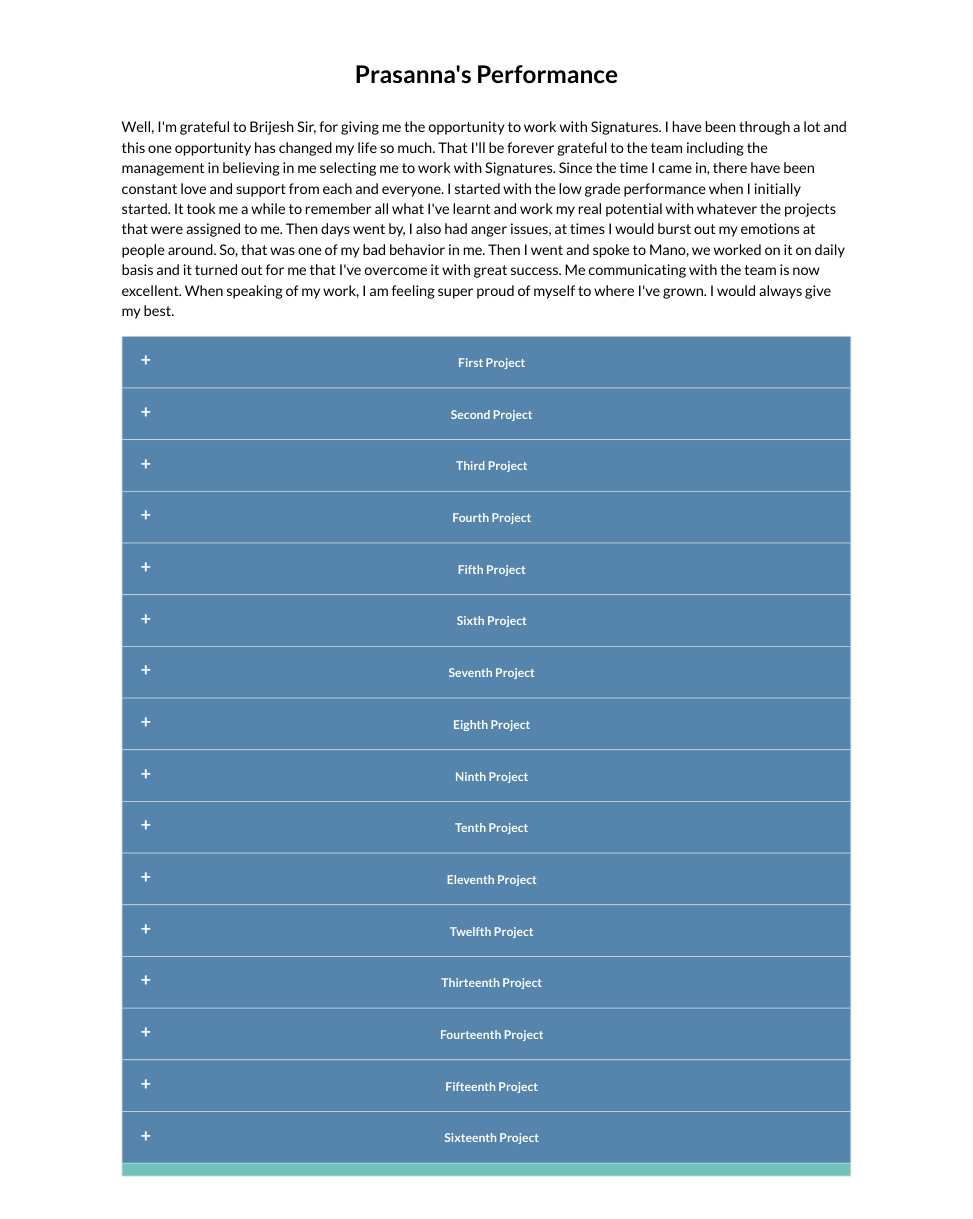
Repository: Imprasna/personalperform
Page: index.html
The author's editor kept a copy of each file at every save. The page is drawn from the files as they stood at one save, then again after the next save.
The browser window is 1280 px wide. The pictures show the whole page, at 76% of full size.
The style sheet was rebuilt from its Sass, Less or Tailwind sources for each picture, by a compiler version that may differ from the author's.

Above is the page before, as saved 2021-12-30 23:16:41.

### index.html
<!DOCTYPE html>
<html lang="en">

<head>
    <meta charset="UTF-8">
    <meta http-equiv="X-UA-Compatible" content="IE=edge">
    <meta name="viewport" content="width=device-width, initial-scale=1.0">
    <link rel="stylesheet" href="css/accordion.css">
    <title>Prasanna's Performance Tests</title>
</head>

<body>
    <div class="container">
        <h1 class="heading-primary">Prasanna's Performance</h1>
        <p class="headingg">Well, I'm grateful to Brijesh Sir, for giving me the opportunity to work with Signatures. I have been through a lot and this one opportunity has changed my life so much. That I'll be forever grateful to the team including the management in believing in me selecting me to work with Signatures. Since the time I came in, there have been constant love and support from each and everyone. I started with the low grade performance when I initially started. It took me a while to remember all what I've learnt and work my real potential with whatever the projects that were assigned to me. Then days went by, I also had anger issues, at times I would burst out my emotions at people around. So, that was one of my bad behavior in me. Then I went and spoke to Mano, we worked on it on daily basis and it turned out for me that I've overcome it with great success. Me communicating with the team is now excellent. When speaking of my work, I am feeling super proud of myself to where I've grown. I would always give my best.</p>
        <div class="accordion">
            <dl>
                <dt>
                    <a href="#accordion1" aria-expanded="false" aria-controls="accordion1"
                        class="accordion-title accordionTitle js-accordionTrigger">First Project</a>
                </dt>
                <dd class="accordion-content accordionItem is-collapsed" id="accordion1" aria-hidden="true">
                    <p>Project Name : Gedee Public School.</p>
                    <p>No. of Days: 6 Months.</p>
                    <p>ToolS Used: HTML / CSS / JavaScript.</p>
                    <p>The time I joined the Company, this has been the first project that has been handed to me. Since I had no touch to whatever I learnt previously. It took me nearly 6 months and also due to the delay of contents from the client it took me so long in getting this project completed.
                    </p>
                </dd>
                <dt>
                    <a href="#accordion2" aria-expanded="false" aria-controls="accordion2"
                        class="accordion-title accordionTitle js-accordionTrigger">
                        Second Project</a>
                </dt>
                <dd class="accordion-content accordionItem is-collapsed" id="accordion2" aria-hidden="true">
                    <p>Project Name : Signatures.</p>
                    <p>No. of Days: 18 Days.</p>
                    <p>ToolS Used: Webflow.</p>
                    <p>The time I joined the Company, this has been the first project that has been handed to me. Since I had no touch to whatever I learnt previously. It took me nearly 6 months and also due to the delay of contents from the client it took me so long in getting this project completed.
                    </p>
                </dd>

                <dt>
                    <a href="#accordion3" aria-expanded="false" aria-controls="accordion3"
                        class="accordion-title accordionTitle js-accordionTrigger">
                        Third Project
                    </a>
                </dt>
                <dd class="accordion-content accordionItem is-collapsed" id="accordion3" aria-hidden="true">
                    <p>Project Name : CMK.</p>
                    <p>No. of Days: 2 Weeks.</p>
                    <p>ToolS Used: Wordpress.</p>
                    <p>The time I joined the Company, this has been the first project that has been handed to me. Since I had no touch to whatever I learnt previously. It took me nearly 6 months and also due to the delay of contents from the client it took me so long in getting this project completed.
                    </p>
                </dd>

                <dt>
                    <a href="#accordion3" aria-expanded="false" aria-controls="accordion3"
                        class="accordion-title accordionTitle js-accordionTrigger">
                        Fourth Project
                    </a>
                </dt>
                <dd class="accordion-content accordionItem is-collapsed" id="accordion3" aria-hidden="true">
                    <p>Project Name : Triniva.</p>
                    <p>No. of Days: 10 Days.</p>
                    <p>ToolS Used: Wordpress.</p>
                    <p>The time I joined the Company, this has been the first project that has been handed to me. Since I had no touch to whatever I learnt previously. It took me nearly 6 months and also due to the delay of contents from the client it took me so long in getting this project completed.
                    </p>
                </dd>

                <dt>
                    <a href="#accordion3" aria-expanded="false" aria-controls="accordion3"
                        class="accordion-title accordionTitle js-accordionTrigger">
                        Fifth Project
                    </a>
                </dt>
                <dd class="accordion-content accordionItem is-collapsed" id="accordion3" aria-hidden="true">
                    <p>Project Name : CACPL - Landing.</p>
                    <p>No. of Days: Half-a-day.</p>
                    <p>ToolS Used: Wordpress.</p>
                    <p>The time I joined the Company, this has been the first project that has been handed to me. Since I had no touch to whatever I learnt previously. It took me nearly 6 months and also due to the delay of contents from the client it took me so long in getting this project completed.
                    </p>
                </dd>

                <dt>
                    <a href="#accordion3" aria-expanded="false" aria-controls="accordion3"
                        class="accordion-title accordionTitle js-accordionTrigger">
                        Sixth Project
                    </a>
                </dt>
                <dd class="accordion-content accordionItem is-collapsed" id="accordion3" aria-hidden="true">
                    <p>Project Name : CACPL.</p>
                    <p>No. of Days: 2 Days.</p>
                    <p>ToolS Used: Wordpress.</p>
                    <p>The time I joined the Company, this has been the first project that has been handed to me. Since I had no touch to whatever I learnt previously. It took me nearly 6 months and also due to the delay of contents from the client it took me so long in getting this project completed.
                    </p>
                </dd>

                <dt>
                    <a href="#accordion3" aria-expanded="false" aria-controls="accordion3"
                        class="accordion-title accordionTitle js-accordionTrigger">
                        Seventh Project
                    </a>
                </dt>
                <dd class="accordion-content accordionItem is-collapsed" id="accordion3" aria-hidden="true">
                    <p>Project Name : Consolidated One.</p>
                    <p>No. of Days: 4 Days.</p>
                    <p>ToolS Used: HTML / CSS / JavaScript.</p>
                    <p>The time I joined the Company, this has been the first project that has been handed to me. Since I had no touch to whatever I learnt previously. It took me nearly 6 months and also due to the delay of contents from the client it took me so long in getting this project completed.
                    </p>
                </dd>

                <dt>
                    <a href="#accordion3" aria-expanded="false" aria-controls="accordion3"
                        class="accordion-title accordionTitle js-accordionTrigger">
                        Eighth Project
                    </a>
                </dt>
                <dd class="accordion-content accordionItem is-collapsed" id="accordion3" aria-hidden="true">
                    <p>Project Name : Atlas Pain Care.</p>
                    <p>No. of Days: 5 Days.</p>
                    <p>ToolS Used: Wordpress.</p>
                    <p>The time I joined the Company, this has been the first project that has been handed to me. Since I had no touch to whatever I learnt previously. It took me nearly 6 months and also due to the delay of contents from the client it took me so long in getting this project completed.
                    </p>
                </dd>

                <dt>
                    <a href="#accordion3" aria-expanded="false" aria-controls="accordion3"
                        class="accordion-title accordionTitle js-accordionTrigger">
                        Ninth Project
                    </a>
                </dt>
                <dd class="accordion-content accordionItem is-collapsed" id="accordion3" aria-hidden="true">
                    <p>Project Name : LMW MTD.</p>
                    <p>No. of Days: 5 Days.</p>
                    <p>ToolS Used: HTML / CSS / JavaScript.</p>
                    <p>The time I joined the Company, this has been the first project that has been handed to me. Since I had no touch to whatever I learnt previously. It took me nearly 6 months and also due to the delay of contents from the client it took me so long in getting this project completed.
                    </p>
                </dd>

                <dt>
                    <a href="#accordion3" aria-expanded="false" aria-controls="accordion3"
                        class="accordion-title accordionTitle js-accordionTrigger">
                        Tenth Project
                    </a>
                </dt>
                <dd class="accordion-content accordionItem is-collapsed" id="accordion3" aria-hidden="true">
                    <p>Project Name : Lobien.</p>
                    <p>No. of Days: 3 Days.</p>
                    <p>ToolS Used: HTML / CSS / JavaScript.</p>
                    <p>The time I joined the Company, this has been the first project that has been handed to me. Since I had no touch to whatever I learnt previously. It took me nearly 6 months and also due to the delay of contents from the client it took me so long in getting this project completed.
                    </p>
                </dd>

                <dt>
                    <a href="#accordion3" aria-expanded="false" aria-controls="accordion3"
                        class="accordion-title accordionTitle js-accordionTrigger">
                        Eleventh Project
                    </a>
                </dt>
                <dd class="accordion-content accordionItem is-collapsed" id="accordion3" aria-hidden="true">
                    <p>Project Name : AJK Nursing Landing.</p>
                    <p>No. of Days: 3 Hours.</p>
                    <p>ToolS Used: HTML / CSS / JavaScript.</p>
                    <p>The time I joined the Company, this has been the first project that has been handed to me. Since I had no touch to whatever I learnt previously. It took me nearly 6 months and also due to the delay of contents from the client it took me so long in getting this project completed.
                    </p>
                </dd>

                <dt>
                    <a href="#accordion3" aria-expanded="false" aria-controls="accordion3"
                        class="accordion-title accordionTitle js-accordionTrigger">
                        Twelfth Project
                    </a>
                </dt>
                <dd class="accordion-content accordionItem is-collapsed" id="accordion3" aria-hidden="true">
                    <p>Project Name : Fenzgard.</p>
                    <p>No. of Days: 2 Days.</p>
                    <p>ToolS Used: HTML / CSS / JavaScript.</p>
                    <p>The time I joined the Company, this has been the first project that has been handed to me. Since I had no touch to whatever I learnt previously. It took me nearly 6 months and also due to the delay of contents from the client it took me so long in getting this project completed.
                    </p>
                </dd>

                <dt>
                    <a href="#accordion3" aria-expanded="false" aria-controls="accordion3"
                        class="accordion-title accordionTitle js-accordionTrigger">
                        Thirteenth Project
                    </a>
                </dt>
                <dd class="accordion-content accordionItem is-collapsed" id="accordion3" aria-hidden="true">
                    <p>Project Name : Ethinic.</p>
                    <p>No. of Days: 3 Days.</p>
                    <p>ToolS Used: HTML / CSS / JavaScript / Wordpress.</p>
                    <p>The time I joined the Company, this has been the first project that has been handed to me. Since I had no touch to whatever I learnt previously. It took me nearly 6 months and also due to the delay of contents from the client it took me so long in getting this project completed.
                    </p>
                </dd>

                <dt>
                    <a href="#accordion3" aria-expanded="false" aria-controls="accordion3"
                        class="accordion-title accordionTitle js-accordionTrigger">
                        Fourteenth Project
                    </a>
                </dt>
                <dd class="accordion-content accordionItem is-collapsed" id="accordion3" aria-hidden="true">
                    <p>Project Name : Bio-enercon.</p>
                    <p>No. of Days: 4 Days.</p>
                    <p>ToolS Used: HTML / CSS / JavaScript.</p>
                    <p>The time I joined the Company, this has been the first project that has been handed to me. Since I had no touch to whatever I learnt previously. It took me nearly 6 months and also due to the delay of contents from the client it took me so long in getting this project completed.
                    </p>
                </dd>

                <dt>
                    <a href="#accordion3" aria-expanded="false" aria-controls="accordion3"
                        class="accordion-title accordionTitle js-accordionTrigger">
                        Fifteenth Project
                    </a>
                </dt>
                <dd class="accordion-content accordionItem is-collapsed" id="accordion3" aria-hidden="true">
                    <p>Project Name : Suguna Groups.</p>
                    <p>No. of Days: 2 Days.</p>
                    <p>ToolS Used: HTML / CSS / JavaScript.</p>
                    <p>The time I joined the Company, this has been the first project that has been handed to me. Since I had no touch to whatever I learnt previously. It took me nearly 6 months and also due to the delay of contents from the client it took me so long in getting this project completed.
                    </p>
                </dd>

                <dt>
                    <a href="#accordion3" aria-expanded="false" aria-controls="accordion3"
                        class="accordion-title accordionTitle js-accordionTrigger">
                        Sixteenth Project
                    </a>
                </dt>
                <dd class="accordion-content accordionItem is-collapsed" id="accordion3" aria-hidden="true">
                    <p>Project Name : Sarvvam.</p>
                    <p>No. of Days: 2 Days (On Progress).</p>
                    <p>ToolS Used: HTML / CSS / JavaScript.</p>
                    <p>The time I joined the Company, this has been the first project that has been handed to me. Since I had no touch to whatever I learnt previously. It took me nearly 6 months and also due to the delay of contents from the client it took me so long in getting this project completed.
                    </p>
                </dd>

            </dl>
        </div>
    </div>

    <script src="app.js"></script>
</body>

</html>

### app.js
//uses classList, setAttribute, and querySelectorAll
//if you want this to work in IE8/9 youll need to polyfill these
(function(){
	var d = document,
	accordionToggles = d.querySelectorAll('.js-accordionTrigger'),
	setAria,
	setAccordionAria,
	switchAccordion,
  touchSupported = ('ontouchstart' in window),
  pointerSupported = ('pointerdown' in window);

  skipClickDelay = function(e){
    e.preventDefault();
    e.target.click();
  }

		setAriaAttr = function(el, ariaType, newProperty){
		el.setAttribute(ariaType, newProperty);
	};
	setAccordionAria = function(el1, el2, expanded){
		switch(expanded) {
      case "true":
      	setAriaAttr(el1, 'aria-expanded', 'true');
      	setAriaAttr(el2, 'aria-hidden', 'false');
      	break;
      case "false":
      	setAriaAttr(el1, 'aria-expanded', 'false');
      	setAriaAttr(el2, 'aria-hidden', 'true');
      	break;
      default:
				break;
		}
	};
//function
switchAccordion = function(e) {
  console.log("triggered");
	e.preventDefault();
	var thisAnswer = e.target.parentNode.nextElementSibling;
	var thisQuestion = e.target;
	if(thisAnswer.classList.contains('is-collapsed')) {
		setAccordionAria(thisQuestion, thisAnswer, 'true');
	} else {
		setAccordionAria(thisQuestion, thisAnswer, 'false');
	}
  	thisQuestion.classList.toggle('is-collapsed');
  	thisQuestion.classList.toggle('is-expanded');
		thisAnswer.classList.toggle('is-collapsed');
		thisAnswer.classList.toggle('is-expanded');

  	thisAnswer.classList.toggle('animateIn');
	};
	for (var i=0,len=accordionToggles.length; i<len; i++) {
		if(touchSupported) {
      accordionToggles[i].addEventListener('touchstart', skipClickDelay, false);
    }
    if(pointerSupported){
      accordionToggles[i].addEventListener('pointerdown', skipClickDelay, false);
    }
    accordionToggles[i].addEventListener('click', switchAccordion, false);
  }
})();

### accordion.scss

//updated ver
* {
    box-sizing:border-box;
  }
  @import url(https://fonts.googleapis.com/css?family=Lato:400,700);
  body {

    font-family:'Lato';
  }
  .heading-primary {
    font-size:2em;
    padding:1rem 0;
    text-align:center;
  }
  .headingg {
      font-size: 1.2rem;
      line-height: 1.4;
  }
  .accordion dl,
  .accordion-list {
     border:1px solid #ddd;
     &:after {
         content: "";
         display:block;
         height:1em;
         width:100%;
         background-color:darken(#95D1CC, 10%);
       }
  }
  .accordion dd,
  .accordion__panel {
     background-color:#eee;
     font-size:1em;
     line-height:1.5em;
     height: auto;
  }
  .accordion p {
    padding: .2rem;
  }

  .accordion {
      position:relative;
      background-color:#eee;
  }
  .container {
    max-width:960px;
    margin:0 auto;
    padding:2em 0 2em 0;
  }
  .accordionTitle,
  .accordion__Heading {
   background-color:#5584AC;
     text-align:center;
       font-weight:700;
            padding:1.5rem;
            display:block;
            text-decoration:none;
            color:#fff;
            transition:background-color 0.5s ease-in-out;
    border-bottom:1px solid darken(#fff, 5%);
    &:before {
     content: "+";
     font-size:1.5em;
     line-height:0.5em;
     float:left;
     transition: transform 0.3s ease-in-out;
    }
    &:hover {
      background-color:darken(#22577E, 10%);
    }
  }
  .accordionTitleActive,
  .accordionTitle.is-expanded {
     background-color:darken(#22577E, 10%);
     border-bottom:1px solid darken(#22577E, 5%);
      &:before {

        transform:rotate(-225deg);
      }
  }
  .accordionItem {
      height:auto;
      overflow:hidden;
      //SHAME: magic number to allow the accordion to animate

       max-height:50em;
      transition:max-height 1s;


      @media screen and (min-width:48em) {
           max-height:20em;
          transition:max-height 0.5s

      }


  }

  .accordionItem.is-collapsed {
      max-height:0;
  }
  .no-js .accordionItem.is-collapsed {
    max-height: auto;
  }
  .animateIn {
       animation: accordionIn 0.45s normal ease-in-out both 1;
  }
  .animateOut {
       animation: accordionOut 0.45s alternate ease-in-out both 1;
  }
  @keyframes accordionIn {
    0% {
      opacity: 0;
      transform:scale(0.9) rotateX(-60deg);
      transform-origin: 50% 0;
    }
    100% {
      opacity:1;
      transform:scale(1);
    }
  }

  @keyframes accordionOut {
      0% {
         opacity: 1;
         transform:scale(1);
       }
       100% {
            opacity:0;
             transform:scale(0.9) rotateX(-60deg);
         }
  }

After the next save:
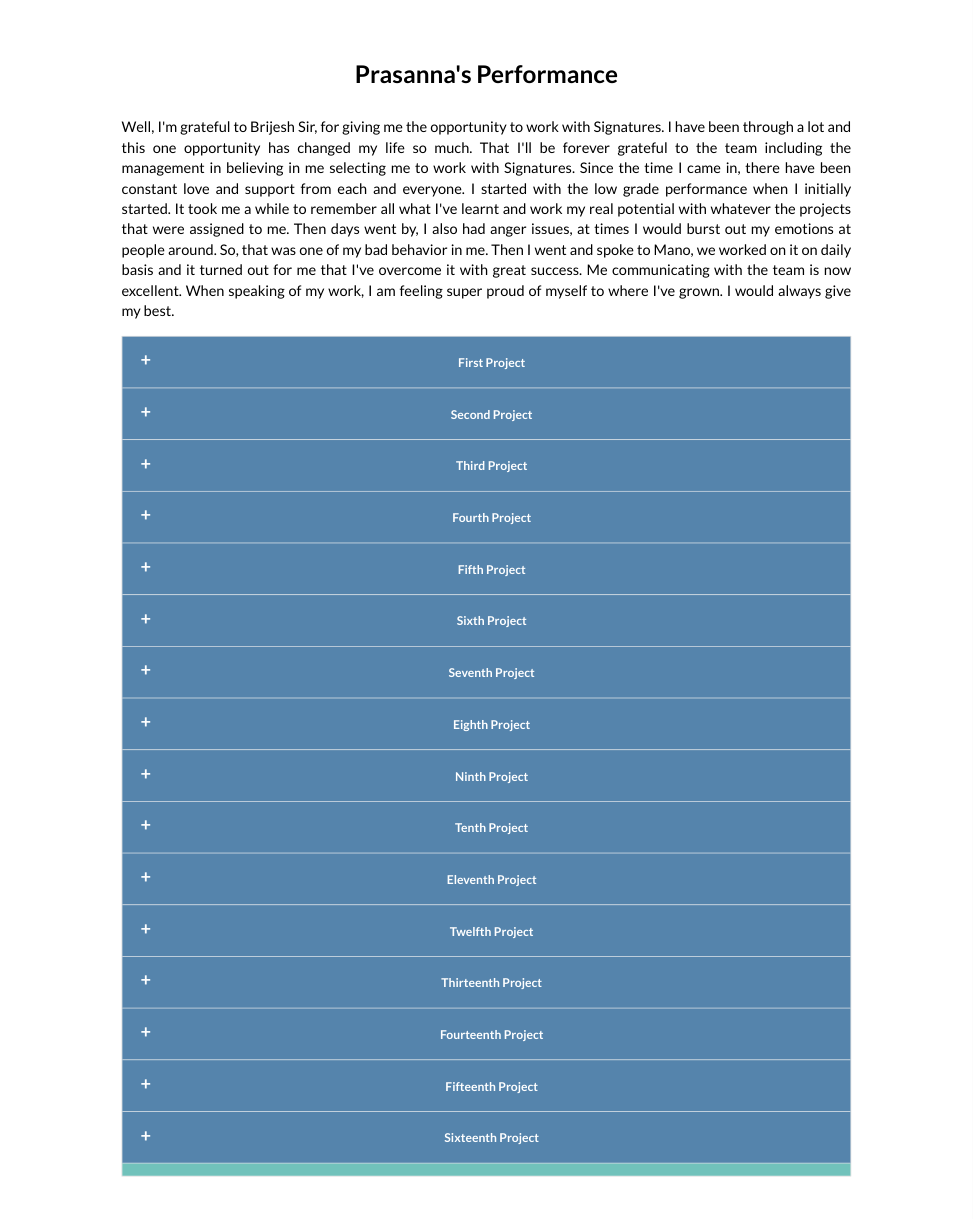
Saved 8 s later.
--- a/accordion.scss
+++ b/accordion.scss
@@ -16,6 +16,7 @@
   .headingg {
       font-size: 1.2rem;
       line-height: 1.4;
+      text-align: justify;
   }
   .accordion dl,
   .accordion-list {
